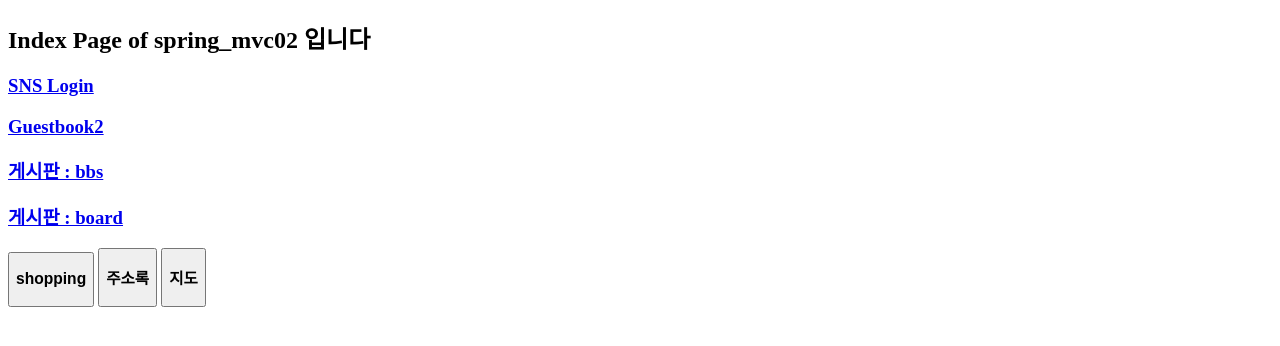
Repository: Koran1/springmvcstudy
Page: http://localhost/spring_mvc02/WEB-INF/views/index.jsp
These files come from the project's save history. The page is drawn as it stood at one moment and after the next save; the edit follows.
The browser window is 1280 px wide. The pictures show the whole page.
The page is served by Tomcat 9. Nobody is signed in. The template is opened directly, without the code that normally fills it, so the values that code supplies are empty.

Above is the page before, as saved 2024-10-25 03:14:48.

After the next save:
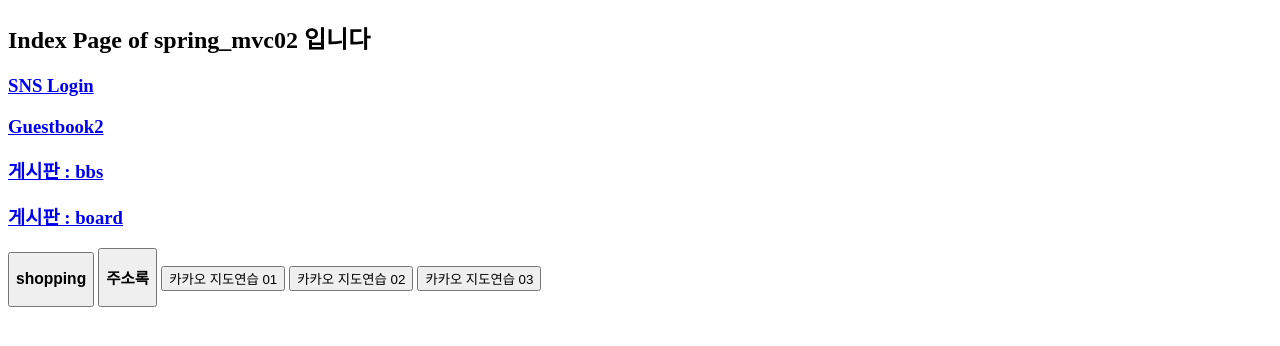
Saved 43 min 30 s later.
--- a/spring_mvc02/src/main/webapp/WEB-INF/views/index.jsp
+++ b/spring_mvc02/src/main/webapp/WEB-INF/views/index.jsp
@@ -15,7 +15,9 @@
 
 	<button onclick="shop_go()"><h3>shopping</h3></button>
 	<button onclick="addr_go()"><h3>주소록</h3></button>
-	<button onclick="map_go()"><h3>지도</h3></button>
+	<button type="button" onclick="kakao_map01()">카카오 지도연습 01</button>
+	<button type="button" onclick="kakao_map02()">카카오 지도연습 02</button>
+	<button type="button" onclick="kakao_map03()">카카오 지도연습 03</button>
 
 	<script type="text/javascript">
 		function shop_go() {
